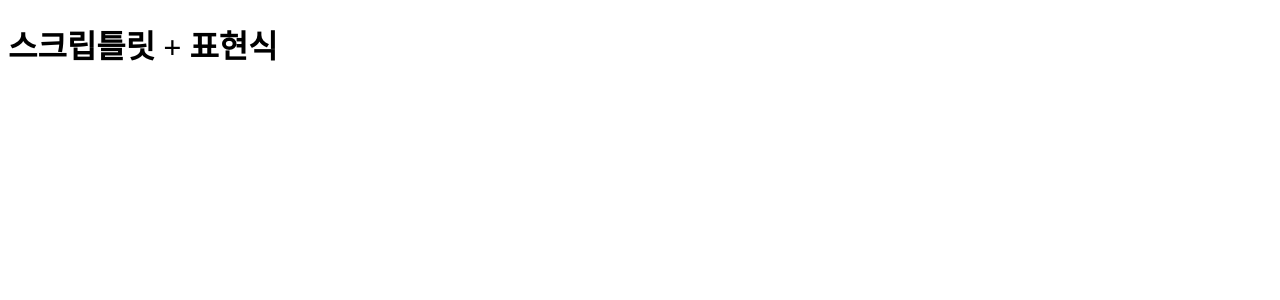
Repository: camicomi/Study_Server
Page: http://localhost/JSPTest/ex06_script.jsp
The author's editor kept a copy of each file at every save. The page is drawn from the files as they stood at one save, then again after the next save.
The browser window is 1280 px wide. The pictures show the whole page.
The page is served by Tomcat 9.

Above is the page before, as saved 2024-04-01 06:43:42.

### JSPTest/src/main/webapp/ex06_script.jsp
<%@ page language="java" contentType="text/html; charset=UTF-8"
    pageEncoding="UTF-8"%>
    	<%

		// jsp 는 출력과 관련되어 있지 않으면 십중팔구 위에 적음
		// Connection conn;
		// PreparedStatement stat
		// ResultSet rs;
	 	// rs.getString("name")

	 	String name = "홍길동";
	 	int age = 20;

	%>

<!DOCTYPE html>
<html>
<head>
<meta charset="UTF-8">
<title>Insert title here</title>
</head>
<body>
	<!--  ex06_script.jsp -->
	<%-- jsp 주석 --%>
	<%-- <% int a = 10; %>  --%>


	<h1>스크립틀릿 + 표현식</h1>

	<div 이름 : <%= name %>></div>

</body>
</html>

After the next save:
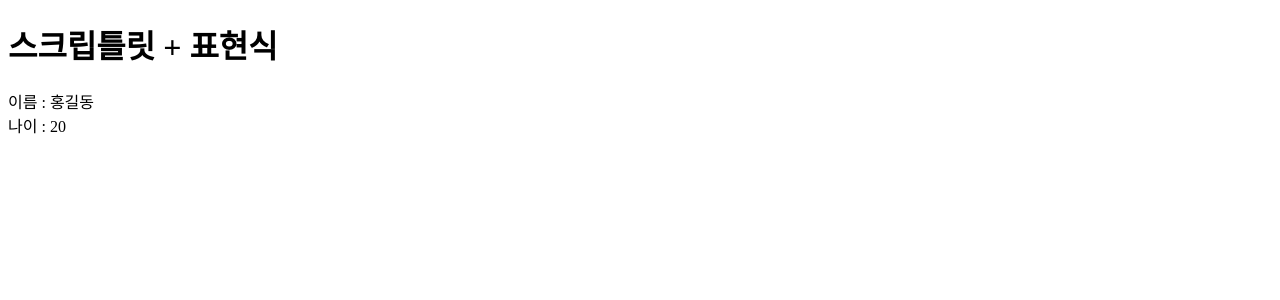
Saved 36 s later.
--- a/JSPTest/src/main/webapp/ex06_script.jsp
+++ b/JSPTest/src/main/webapp/ex06_script.jsp
@@ -27,7 +27,8 @@
 
 	<h1>스크립틀릿 + 표현식</h1>
 
-	<div 이름 : <%= name %>></div>
+	<div> 이름 : <%= name %></div>
+	<div> 나이 : <%= age %></div>
 
 </body>
 </html>
